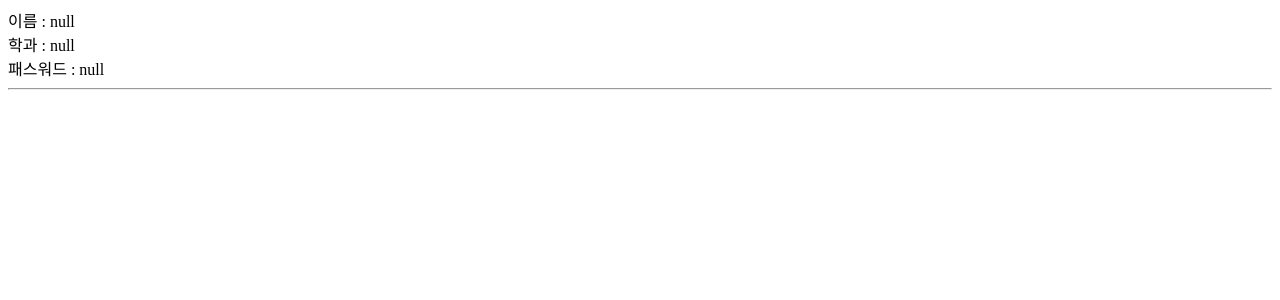
Repository: hsaar/jsworkplace
Page: http://localhost/testjsp/html/test03.jsp
The author's editor kept a copy of each file at every save. The page is drawn from the files as they stood at one save, then again after the next save.
The browser window is 1280 px wide. The pictures show the whole page.
The page is served by Tomcat 9.

Above is the page before, as saved 2025-08-20 02:46:16.

After the next save:
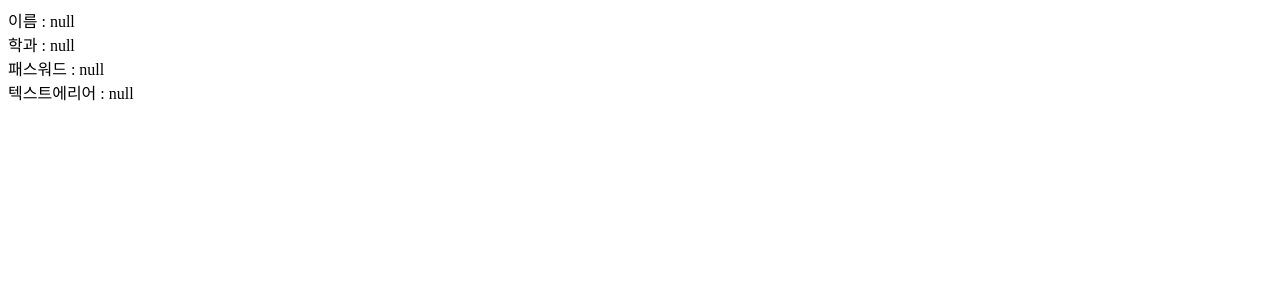
Saved 7 min 33 s later.
--- a/testjsp/src/main/webapp/html/test03.jsp
+++ b/testjsp/src/main/webapp/html/test03.jsp
@@ -11,10 +11,12 @@
 		String strName = request.getParameter("name");
 		String strMajor = request.getParameter("major");
 		String password = request.getParameter("password");
+		String textarea = request.getParameter("textarea");
 
 		out.println("이름 : " + strName + "<br/>");
 		out.println("학과 : " + strMajor + "<br/>");
-		out.println("패스워드 : " + password + "<hr/>");
+		out.println("패스워드 : " + password + "<br/>");
+		out.println("텍스트에리어 : " + textarea + "<br/>");
 
 	%>
 </body>
